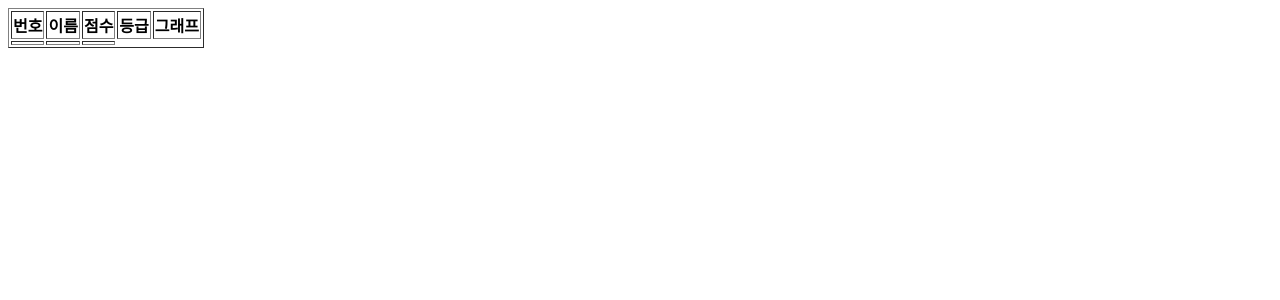
Repository: kkj68106810-dot/jsp2026
Page: http://localhost/chapter01/example_stripe.jsp
These files come from the project's save history. The page is drawn as it stood at one moment and after a run of saves; the edit follows.
The browser window is 1280 px wide. The pictures show the whole page.
The page is served by Tomcat 9.

Above is the page before, as saved 2026-10-16 06:00:34.

### chapter01/src/main/webapp/example_stripe.jsp
<%@ page language="java" contentType="text/html; charset=UTF-8"
    pageEncoding="UTF-8"%>
<!DOCTYPE html>
<html>
<head>
<meta charset="UTF-8">
<title>Insert title here</title>
</head>
<body>
	<%!

	%>

	<table border="1">
		<tr>
			<th>번호</th>
			<th>이름</th>
			<th>점수</th>
			<th>등급</th>
			<th>그래프</th>
		</tr>
		<%  %>
		<tr>

			<td></td>
			<td></td>
			<td></td>


		</tr>


	</table>

</body>
</html>

After the next 2 saves:
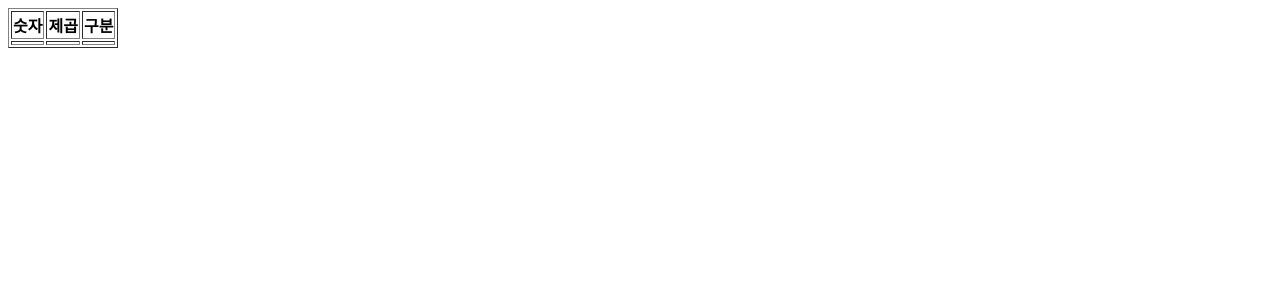
The 2 saves are shown as one change because they came seconds apart.
The last was saved 17 s later.
--- a/chapter01/src/main/webapp/example_stripe.jsp
+++ b/chapter01/src/main/webapp/example_stripe.jsp
@@ -13,11 +13,10 @@
 
 	<table border="1">
 		<tr>
-			<th>번호</th>
-			<th>이름</th>
-			<th>점수</th>
-			<th>등급</th>
-			<th>그래프</th>
+			<th>숫자</th>
+			<th>제곱</th>
+			<th>구분</th>
+
 		</tr>
 		<%  %>
 		<tr>
